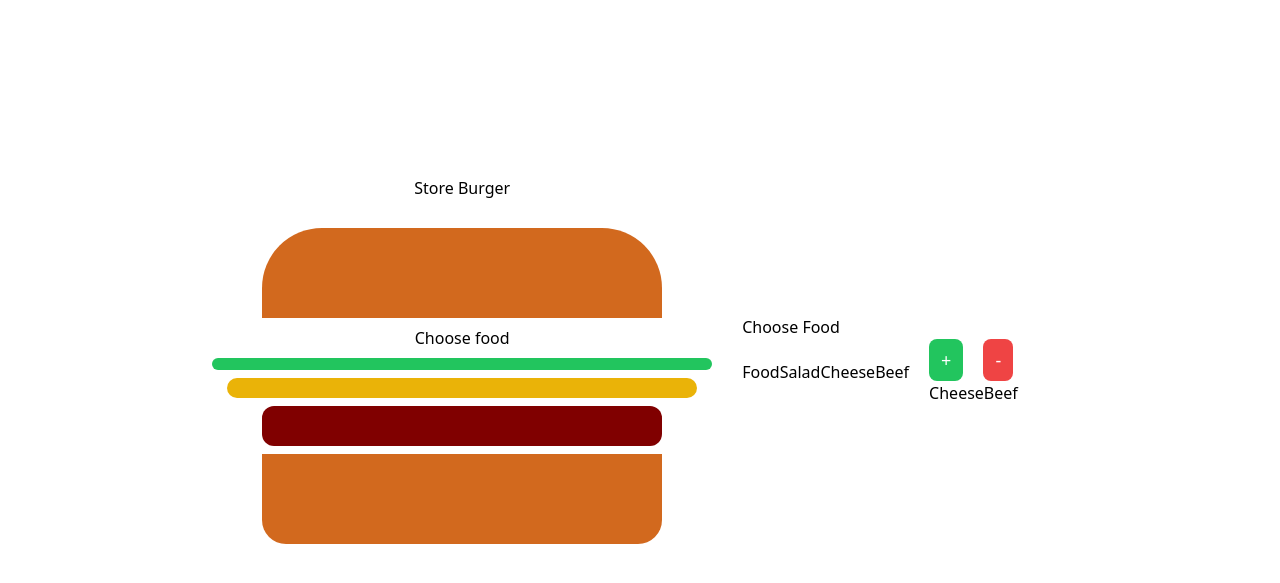
Repository: baobaodeveloper/bootcamp21_HuynhAnhBao_Burger
Page: /
The author's editor kept a copy of each file at every save. The page is drawn from the files as they stood at one save, then again after the next save.
The browser window is 1280 px wide. The pictures show the whole page.
The project was rebuilt for these pictures with package versions that can differ from the ones it lists, and the page was loaded fresh each time. Also part of the build but not shown: vite.config.js.

Above is the page before, as saved 2022-05-15 17:00:35.

### src/App.jsx
import Burger from "./components/Burger";

function App() {
  return <Burger></Burger>;
}

export default App;

### src/components/Burger.jsx
import React from "react";

export default function Burger() {
  return (
    <div>
      <div className="flex items-center gap-x-20  w-screen h-screen mx-auto justify-center">
        <div className="flex flex-col justify-center items-center gap-y-2 w-[400px]">
          <h2 className="mb-20">Store Burger</h2>
          <div className="bg-[#D2691E] w-full h-[30px] relative">
            <div className="bg-[#D2691E] w-full h-[60px] absolute top-0 left-0 -translate-y-[60px] rounded-tl-full rounded-tr-full"></div>
          </div>
          <p>Choose food</p>
          {/* loop here */}
          <div className="h-3 bg-green-500 w-[500px] rounded-full"></div>
          <div className="h-5 bg-yellow-500 w-[470px] rounded-full"></div>
          <div className="h-10 bg-[#800000] w-[400px] rounded-xl"></div>

          <div className="w-full bg-[#D2691E] h-[90px] rounded-br-3xl rounded-bl-3xl"></div>
        </div>

        <div className="">
          <h2>Choose Food</h2>
          <div className="flex items-center gap-x-5">
            <div>
              <span>Food</span>
              <span>Salad</span>
              <span>Cheese</span>
              <span>Beef</span>
            </div>
            <div>
              <span></span>
              <span className="flex gap-x-5">
                <button className="p-3 leading-none text-lg bg-green-500 text-white rounded-lg">
                  +
                </button>
                <button className="p-3 leading-none text-lg bg-red-500 text-white rounded-lg">
                  -
                </button>
              </span>
              <span>Cheese</span>
              <span>Beef</span>
            </div>
          </div>
        </div>
      </div>
    </div>
  );
}

Loaded but not shown: index.html (common file); src/main.jsx (common file); src/index.scss (common file); tailwind.config.js (common file)

After the next save:
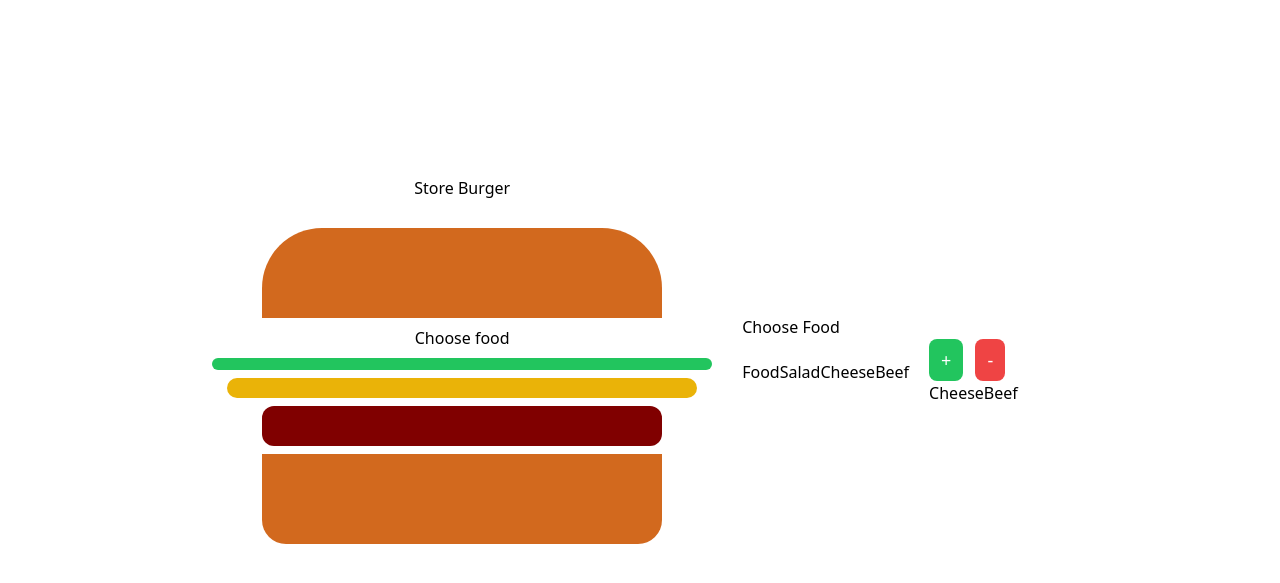
Saved 5 s later.
--- a/src/components/Burger.jsx
+++ b/src/components/Burger.jsx
@@ -29,7 +29,7 @@ export default function Burger() {
             </div>
             <div>
               <span></span>
-              <span className="flex gap-x-5">
+              <span className="flex gap-x-3">
                 <button className="p-3 leading-none text-lg bg-green-500 text-white rounded-lg">
                   +
                 </button>
